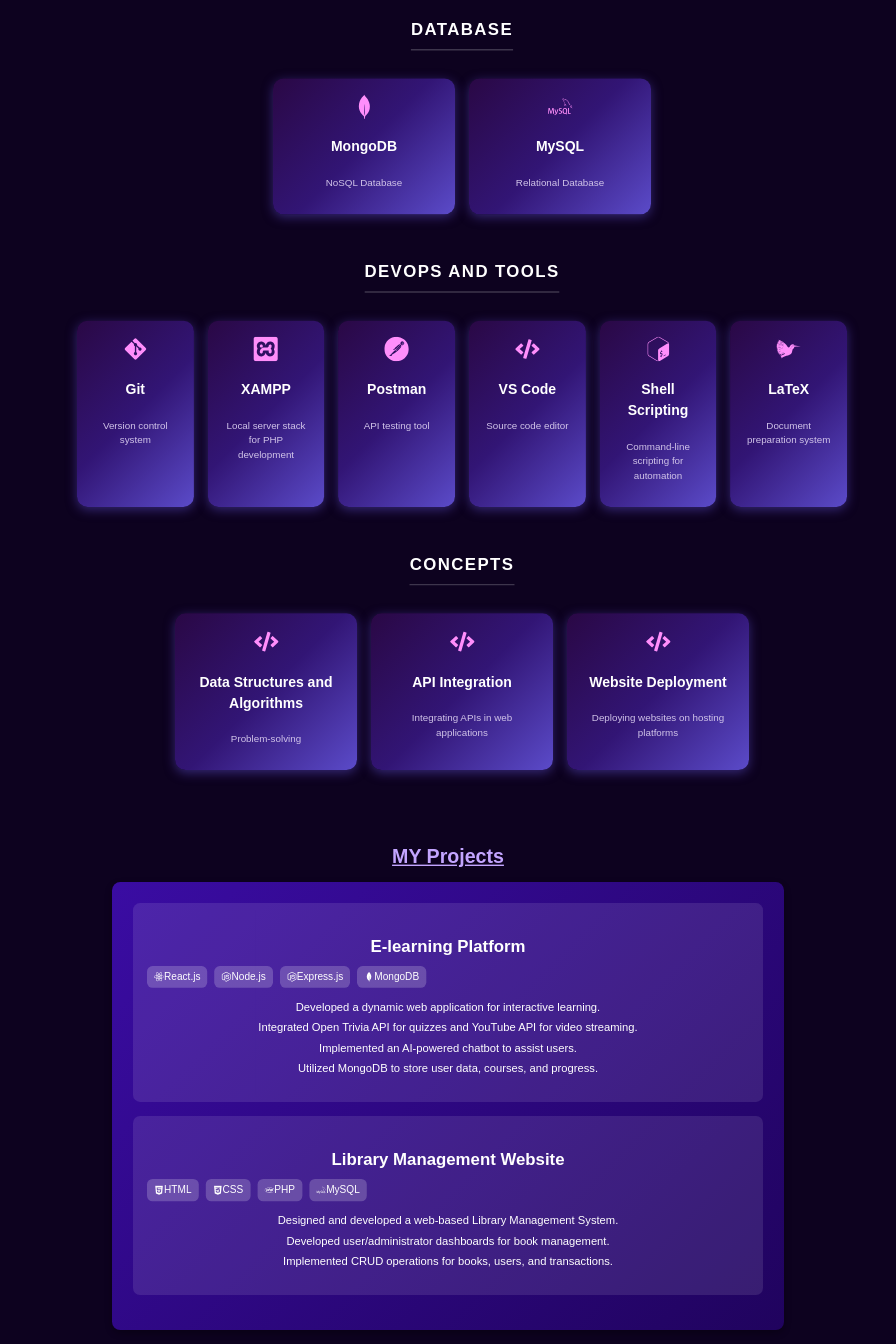
Repository: harshitap1305/Portfolio
Page: /
An editor plug-in stored every save of this project. The page is shown before and after the next save, followed by the edit.
The browser window is 1280 px wide. The pictures show the part of the page from y = 1943 to 3863 px (the page is 3863 px tall), at 70% of full size.
The project was rebuilt for these pictures with package versions that can differ from the ones it lists, and the page was loaded fresh each time. Also part of the build but not shown: vite.config.js.

Above is the page before, as saved 2025-03-27 21:48:22.

After the next save:
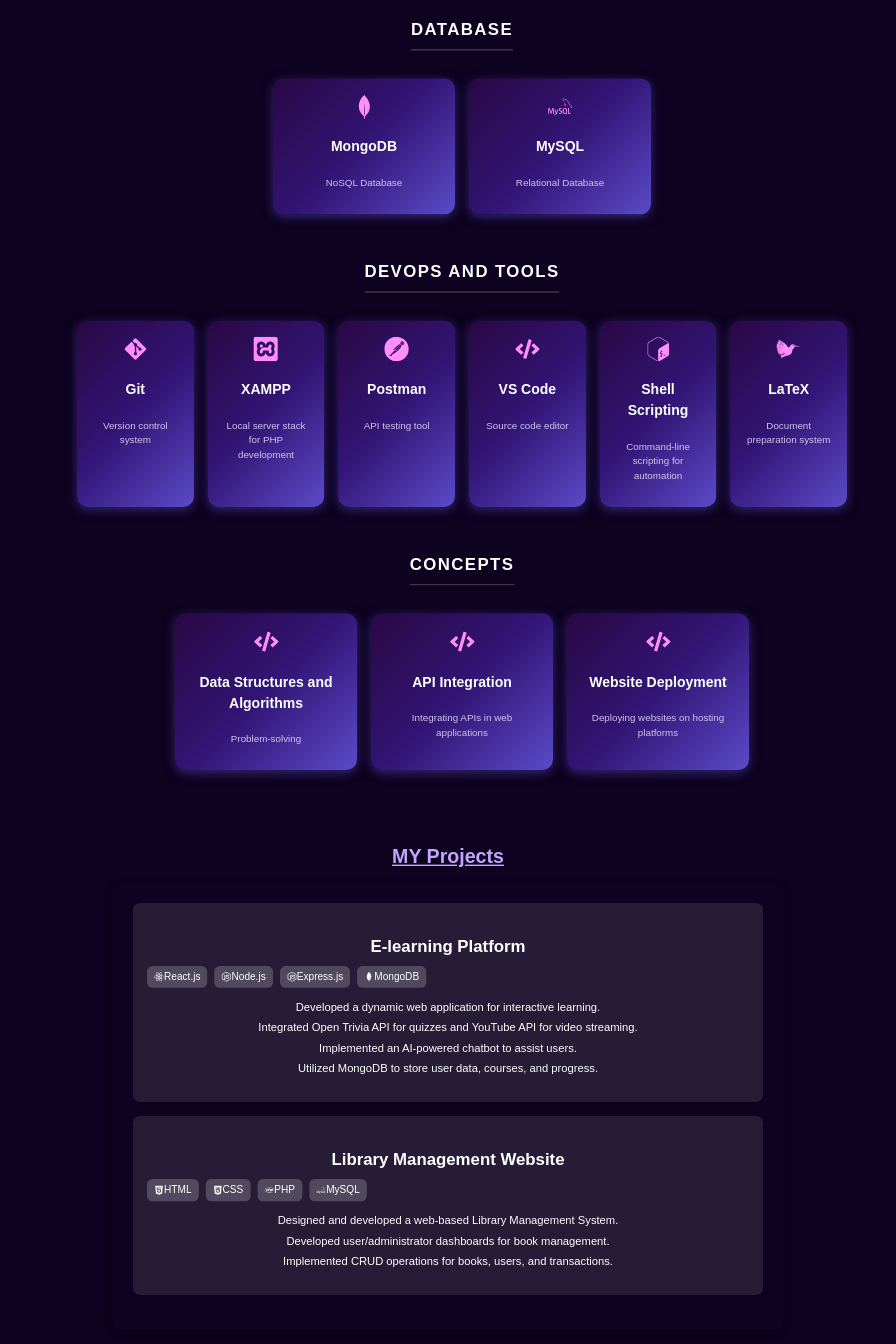
Saved 33 s later.
--- a/src/Projects.css
+++ b/src/Projects.css
@@ -1,6 +1,6 @@
 .projects-container {
     padding: 30px;
-    background: linear-gradient(135deg, #3a0ca3, #20035e);
+
     border-radius: 12px;
     color: white;
     margin: 20px auto;

After the save that followed:
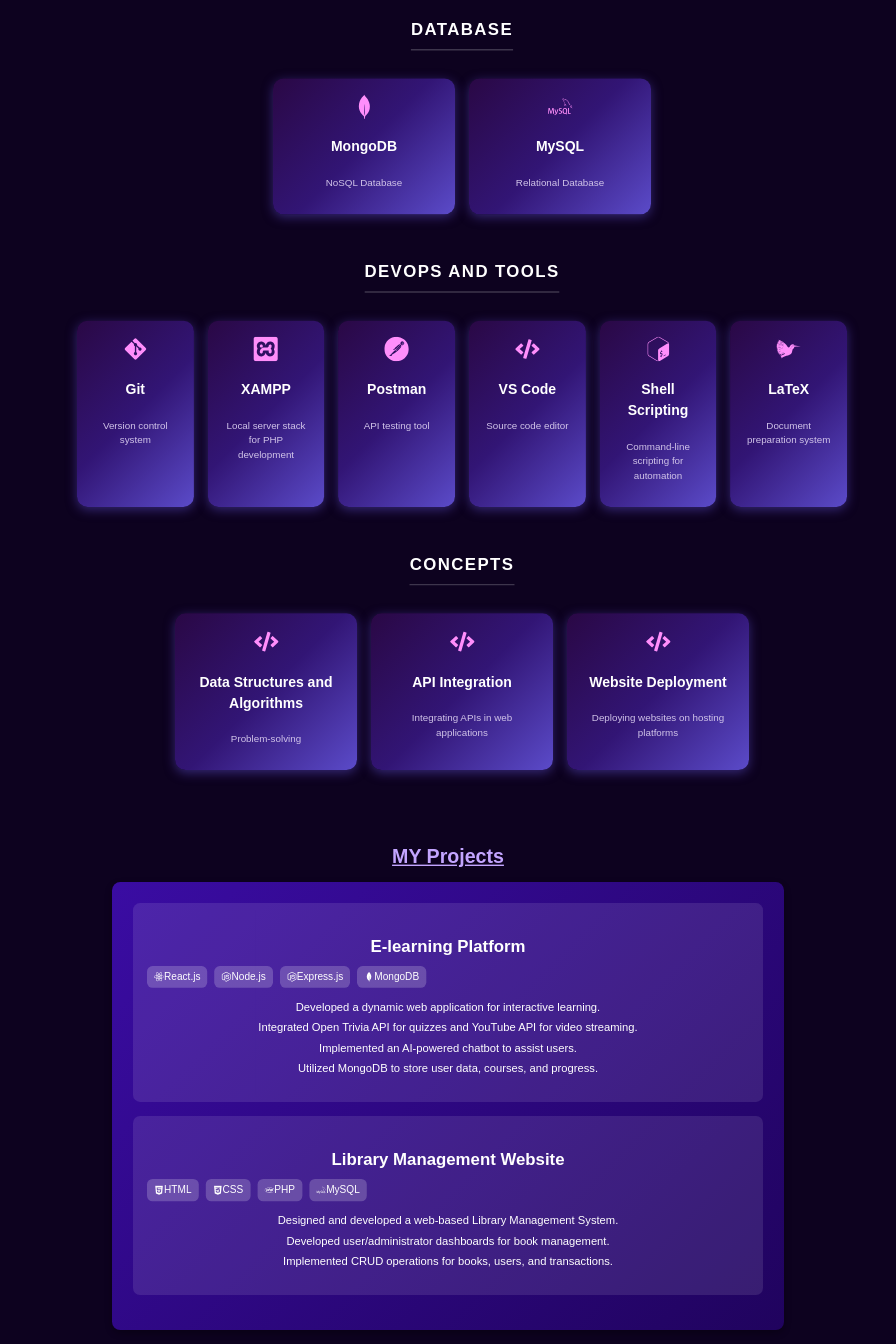
Saved 10 s later.
--- a/src/Projects.css
+++ b/src/Projects.css
@@ -1,6 +1,6 @@
 .projects-container {
     padding: 30px;
-
+    background: linear-gradient(135deg, #3a0ca3, #20035e);
     border-radius: 12px;
     color: white;
     margin: 20px auto;
